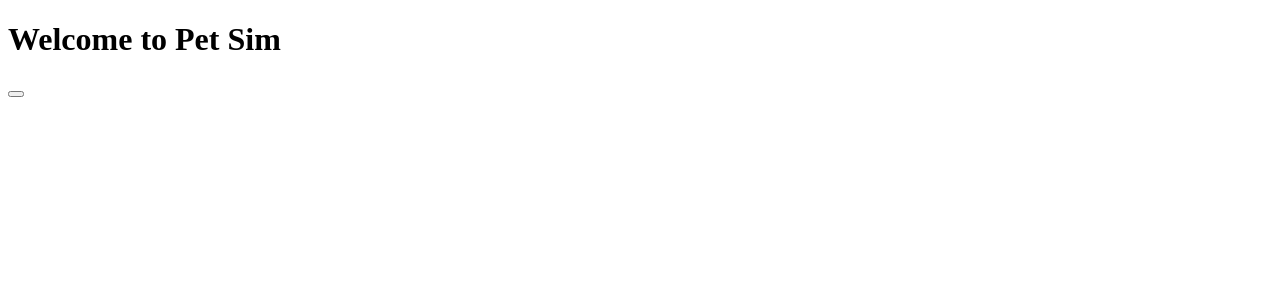
Repository: sarahjx/CapyCare
Page: landingpage.html
An editor plug-in stored every save of this project. The page is shown before and after the next save, followed by the edit.
The browser window is 1280 px wide. The pictures show the whole page.

Above is the page before, as saved 2025-04-18 00:09:21.

After the next save:
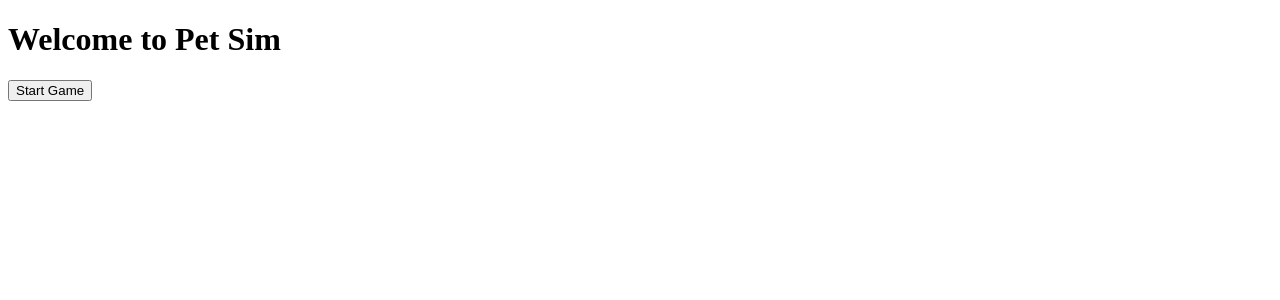
Saved 37 s later.
--- a/landingpage.html
+++ b/landingpage.html
@@ -10,6 +10,6 @@
 </head>
 <body>
     <h1>Welcome to Pet Sim</h1>
-    <button
+    <button id="start-button">Start Game</button>
 </body>
 </html>
